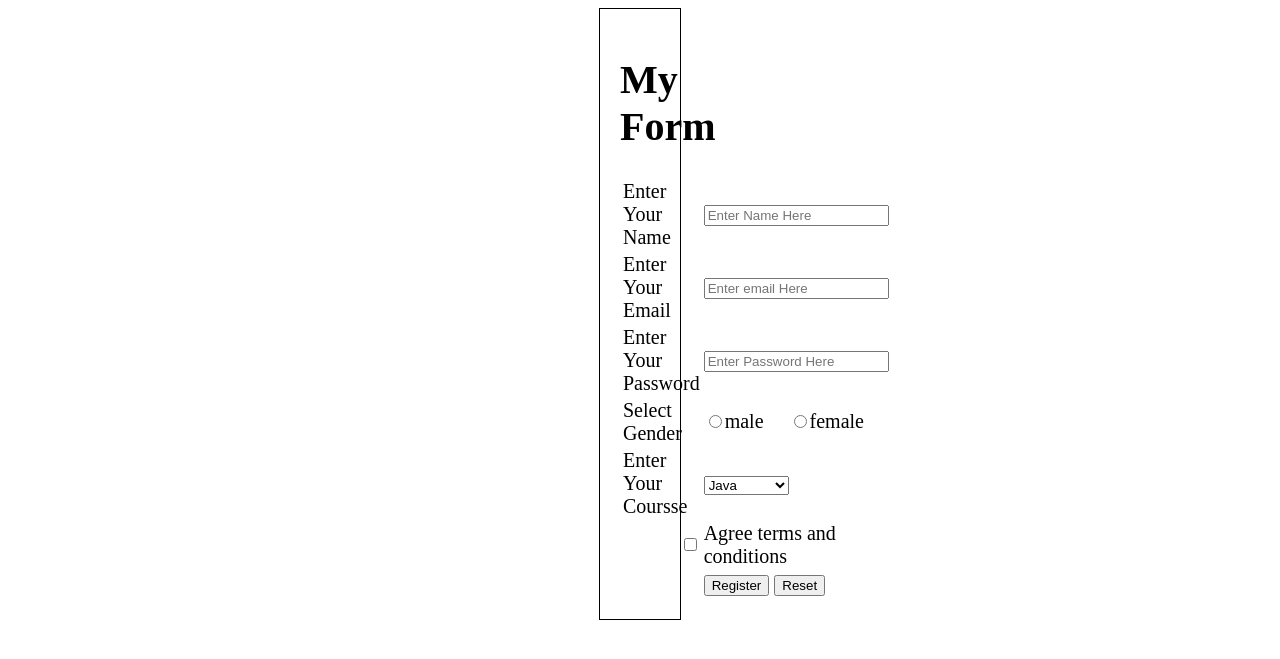
Repository: Attishgawali/JavaServletAndJSP
Page: DemoApp/src/main/webapp/form.html
An editor plug-in stored every save of this project. The page is shown before and after the next save, followed by the edit.
The browser window is 1280 px wide. The pictures show the whole page.

Above is the page before, as saved 2023-07-01 17:22:22.

After the next save:
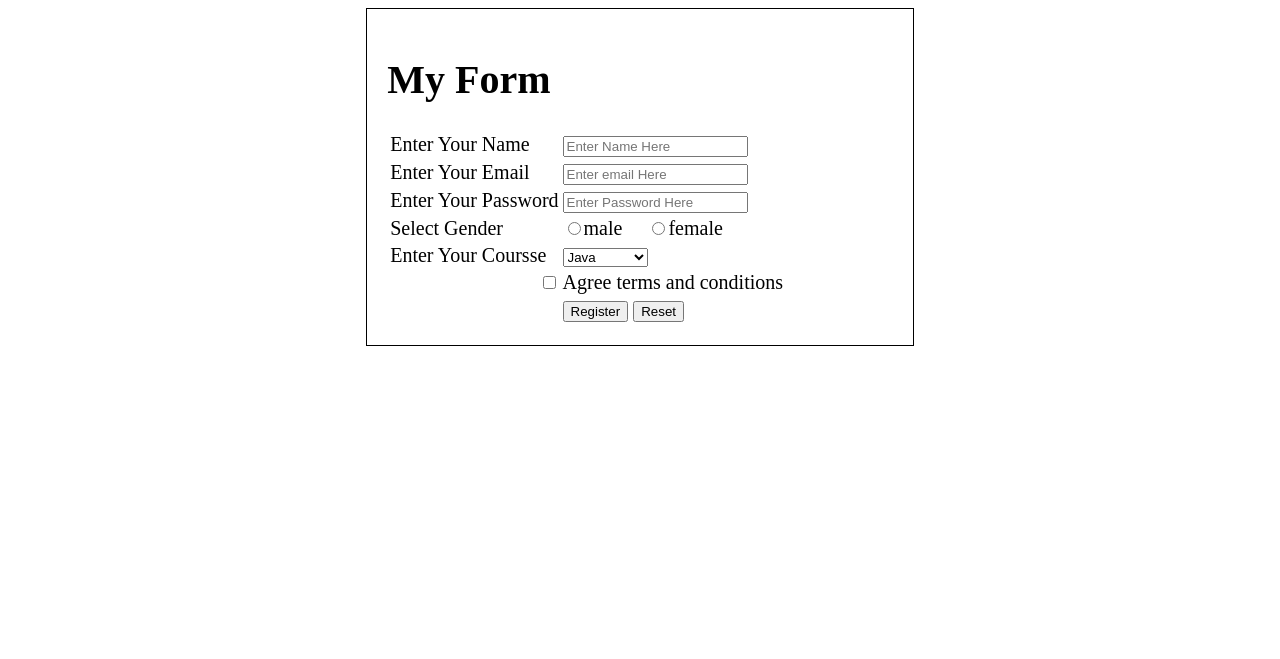
Saved 52 s later.
--- a/DemoApp/src/main/webapp/form.html
+++ b/DemoApp/src/main/webapp/form.html
@@ -5,7 +5,7 @@
 <title>Fill Form</title>
 	<style>
 		.container{
-			width: 40px;
+			width: 40%;
 			border: 1px solid black;
 			margin: auto;
 			padding: 20px;
